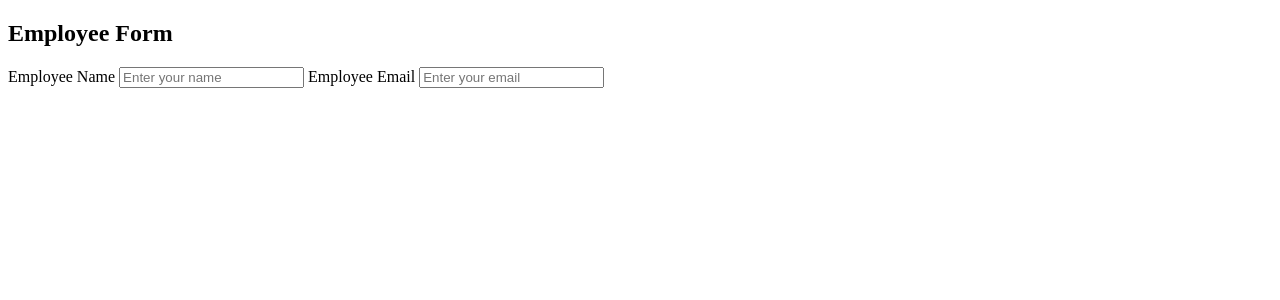
Repository: mrhpn/JavaEE--JSP-SERVLET
Page: JSP_JSTL/WebContent/employee-form.html
An editor plug-in stored every save of this project. The page is shown before and after a run of saves, followed by the edit.
The browser window is 1280 px wide. The pictures show the whole page.

Above is the page before, as saved 2021-04-01 07:08:22.

After the next 2 saves:
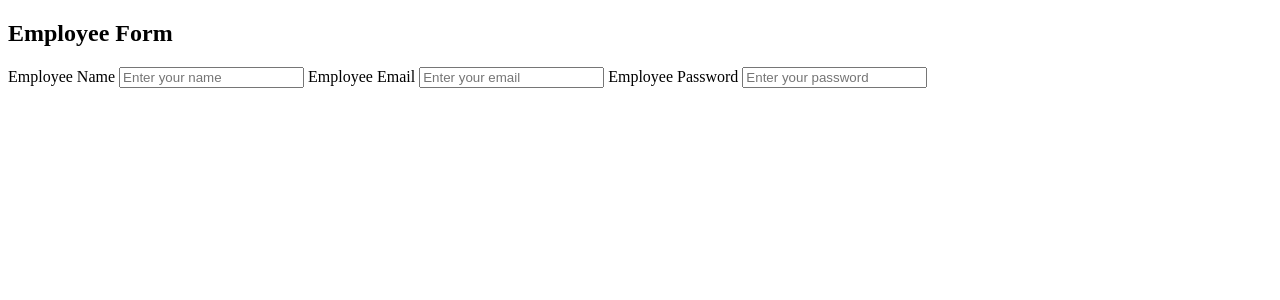
The 2 saves are shown as one change because they came seconds apart.
The last was saved 82 s later.
--- a/JSP_JSTL/WebContent/employee-form.html
+++ b/JSP_JSTL/WebContent/employee-form.html
@@ -13,6 +13,9 @@
 
 		<label>Employee Email</label>
 		<input type="email" name="employeeEmail" placeholder="Enter your email" required="required" />
+
+		<label>Employee Password</label>
+		<input type="password" name="employeePassword" placeholder="Enter your password" required="required" />
 	</form>
 
 </body>
